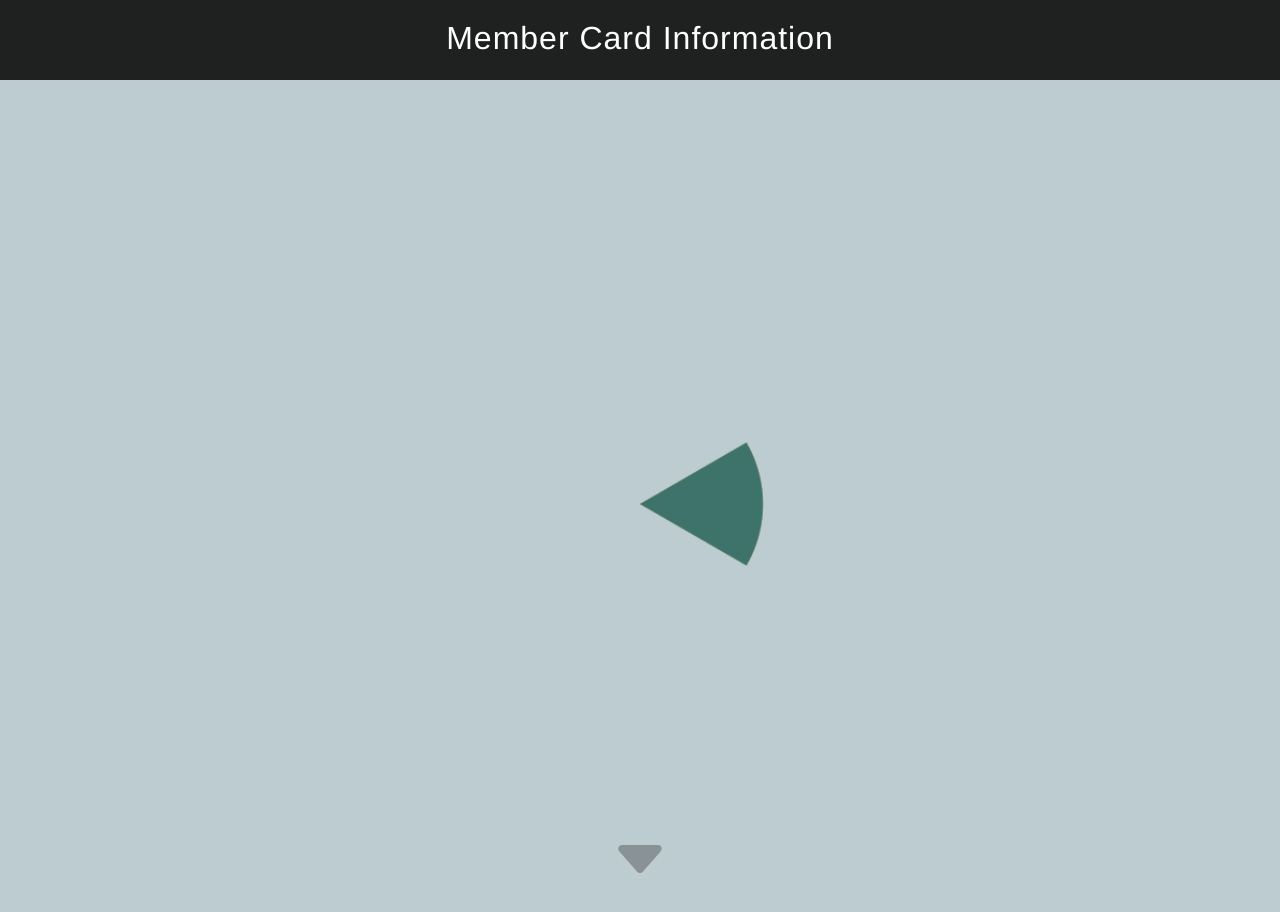
Repository: Leooook/lzhao-fed-test
Page: /
The author's editor kept a copy of each file at every save. The page is drawn from the files as they stood at one save, then again after the next save.
The browser window is 1280 px wide. The pictures show the whole page.
The page's requests for data from a server got no answer. The project was rebuilt for these pictures with package versions that can differ from the ones it lists, and the page was loaded fresh each time. No one was signed in, and anything a server would have sent is missing. Also part of the build but not shown: src/components/detail.jsx.

Above is the page before, as saved 2021-03-15 21:36:40.

### src/index.html
<!DOCTYPE html>
<html lang="en">
	<head>
		<meta charset="utf-8" />
		<meta http-equiv="X-UA-Compatible" content="IE=edge,chrome=1" />
		<title>Member Card Info</title>
		<meta name="description" content="" />
		<meta name="viewport" content="width=device-width, initial-scale=1.0, maximum-scale=1.0, user-scalable=no" />
	</head>
	<body>
		<div id="root" class="react-root"></div>
	</body>
</html>

### src/App.js
import React, {useState} from 'react';
import {BsCaretDownFill} from 'react-icons/bs'

import './App.css'
import Header from './components/header.jsx'
import Feature from './components/feature.jsx'

export default function App() {
  const [featureAmount, setFeatureAmount] = useState([1])

  const setFeature = () => {
    setFeatureAmount(featureAmount => {return [...featureAmount, 1]})
  }

	return (
    <div className='app'>
      <Header />
      {
        featureAmount.map((key) => <Feature key = {key}/>)
      }
      <BsCaretDownFill className='add-feature' onClick={() => setFeature()}/>
    </div>
  )
}

### src/App.css
* {
	margin: 0;
	padding: 0;
	box-sizing: border-box;
}
:root {
	--nav-black: rgba(14, 14, 14, 0.897);
	--white: #ffffff;
	--light-blue: rgb(189, 204, 208);
	--grey: rgb(145, 145, 145);
	--light-grey: rgb(209, 209, 209);
}
/* app */
.app {
	max-width: 100vw;
	min-height: 100vh;
	background-color: var(--light-blue);
}
.add-feature {
	position: relative;
	color: rgba(65, 65, 65, 0.418);
	width: 60px;
	height: 60px;
	margin: auto;
	display: block;
	cursor: pointer;
	animation: upAndDown 3s ease-in-out infinite;
}
.add-feature:active {
	transform: scale(1.1);
	transition: all 1s ease;
}
@keyframes upAndDown {
	0% {
		bottom: 0;
	}
	50% {
		bottom: 4vh;
	}
	100% {
		bottom: 0;
	}
}
/* end of app */
/* header */
.header {
	background-color: var(--nav-black);
	height: 80px;
	padding: 20px;
	margin-bottom: 80px;
	font-size: 2rem;
	font-family: 'Franklin Gothic Medium', 'Arial Narrow', Arial, sans-serif;
	text-align: center;
	color: var(--white);
	letter-spacing: 1px;
}
@media screen and (max-width: 500px) {
	.header {
		margin-bottom: 30px;
		padding: 30px;
		font-size: 1.4rem;
	}
}
/* end of header */
/* loader */
.load {
	width: 100%;
}
.loadPic {
	width: 20%;
	margin: 30vh 40%;
}
/* end of loader */
/* feature */
.feature {
	margin-top: -65px;
	padding: 60px 8%;
	display: grid;
	grid-template-columns: repeat(auto-fill, minmax(450px, 1fr));
	grid-row-gap: 50px;
	grid-column-gap: 80px;
}
@media screen and (max-width: 500px) {
	.feature {
		padding: 30px 20px;
		display: initial;
	}
}
/* end of feature */
/* detail */
.detail {
	margin: auto;
	padding: 10px 20px;
	width: 450px;
	height: 240px;
	background: hsla(0, 0%, 100%, .3);
	border-radius: 6px;
	box-shadow: 0 6px 20px 6px rgba(0, 0, 0, 0.207);
	display: flex;
	align-items: center;
	cursor: pointer;
	transition: all linear 0.2s;
}
.detail:hover {
	transform: scale(1.05);
	box-shadow: 0 10px 30px 10px rgba(0, 0, 0, 0.207);
}
.left-section {
	width: calc(40% - 20px);
	margin-right: 10%;
}
.right-section {
	width: clac(50% - 20px);
}
.detail-pic {
	margin: 0 auto;
	height: 140px;
	width: 140px;
	border-radius: 50%;
	box-shadow: 0 0 10px 8px var(--light-grey);
}
.detail-info {
	margin-bottom: 10px;
}
.detail-name {
	font-family: 'Playfair Display', serif;
	font-weight: bold;
	font-size: 1.3rem;
}
.detail-name2 {
	font-weight: 100;
	font-size: 0.9rem;
	color: rgb(82, 82, 82);
	font-style: oblique;
}
.detail-sex-date {
	display: flex;
}
.detail-date {
	margin-right: 13px;
}
.detail-font {
	font-family: 'Source Sans Pro', sans-serif;
	font-size: 0.8rem;
}
@media screen and (max-width: 500px) {
	.detail {
		margin-bottom: 30px;
		width: 90vw;
		height: 50vw;
	}
	.detail-pic {
		height: 100px;
		width: 100px;
	}
	.detail-info {
		margin-bottom: 6px;
	}
	.detail-name {
		font-size: 1rem;
	}
	.detail-name2 {
		font-size: 0.8rem;
	}
	.detail-date {
		margin-right: 8px;
	}
	.detail-font {
		font-size: 0.75rem;
	}
}
/* end of detail */

### src/components/header.jsx
import React, { Component } from 'react'

class Header extends Component {
	render() {
		return <section className="header">Member Card Information</section>
	}
}

export default Header

### src/components/feature.jsx
import React, { Component } from 'react'

import Loader from './loader.jsx'
import Detail from './detail.jsx'

class Feature extends Component {
	state = {
		dataSet: [],
		dataAmount: 6
	}

	fetchData = () => {
		fetch('https://randomuser.me/api/', {
			method: 'GET'
		})
			.then((response) => response.json())
			.then((data) => {
				let dataSet = this.state.dataSet
				dataSet.push(data.results[0])
				this.setState({ dataSet })
			})
			.catch((error) => {
				console.error('Error:', error)
			})
	}

	componentDidMount() {
		for (let i = 0; i < this.state.dataAmount; i++) {
			this.fetchData()
		}
	}

	render() {
		if (this.state.dataSet.length === 0 || this.state.dataSet.length % 6 !== 0) {
			return <Loader />
		} else {
			return (
				<section className="feature">
					{this.state.dataSet.map((each, key) => <Detail key={key} data={each} />)}
				</section>
			)
		}
	}
}

export default Feature

### src/components/loader.jsx
import React from 'react'

import loadPic from '../images/load.gif'

function Loader() {
	return (
		<section className="load">
			<img src={loadPic} className="loadPic" alt="load" />
		</section>
	)
}

export default Loader

Loaded but not shown: src/index.js (common file)

After the next save:
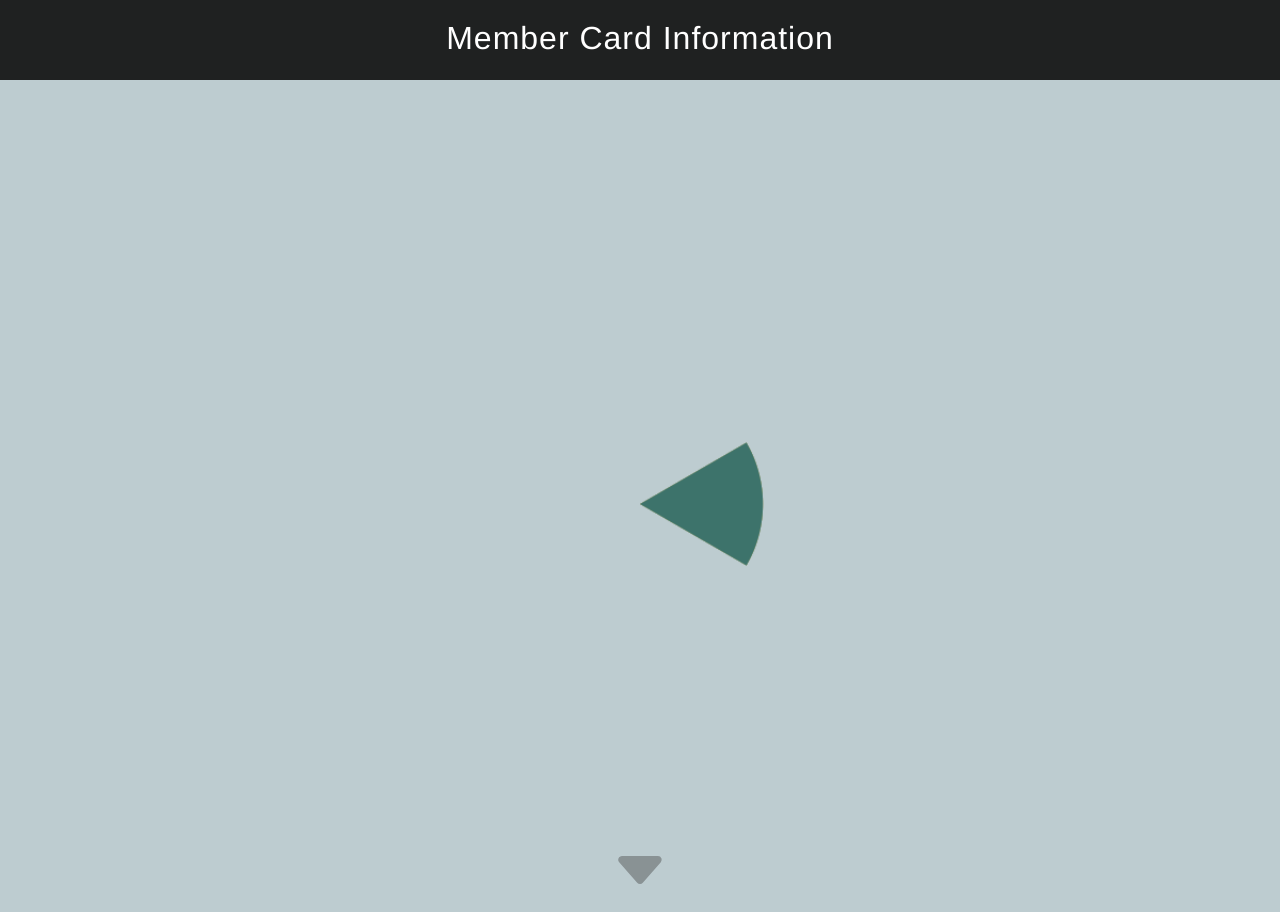
Saved 8 s later.
--- a/src/App.css
+++ b/src/App.css
@@ -35,7 +35,7 @@
 		bottom: 0;
 	}
 	50% {
-		bottom: 4vh;
+		bottom: 2vh;
 	}
 	100% {
 		bottom: 0;
